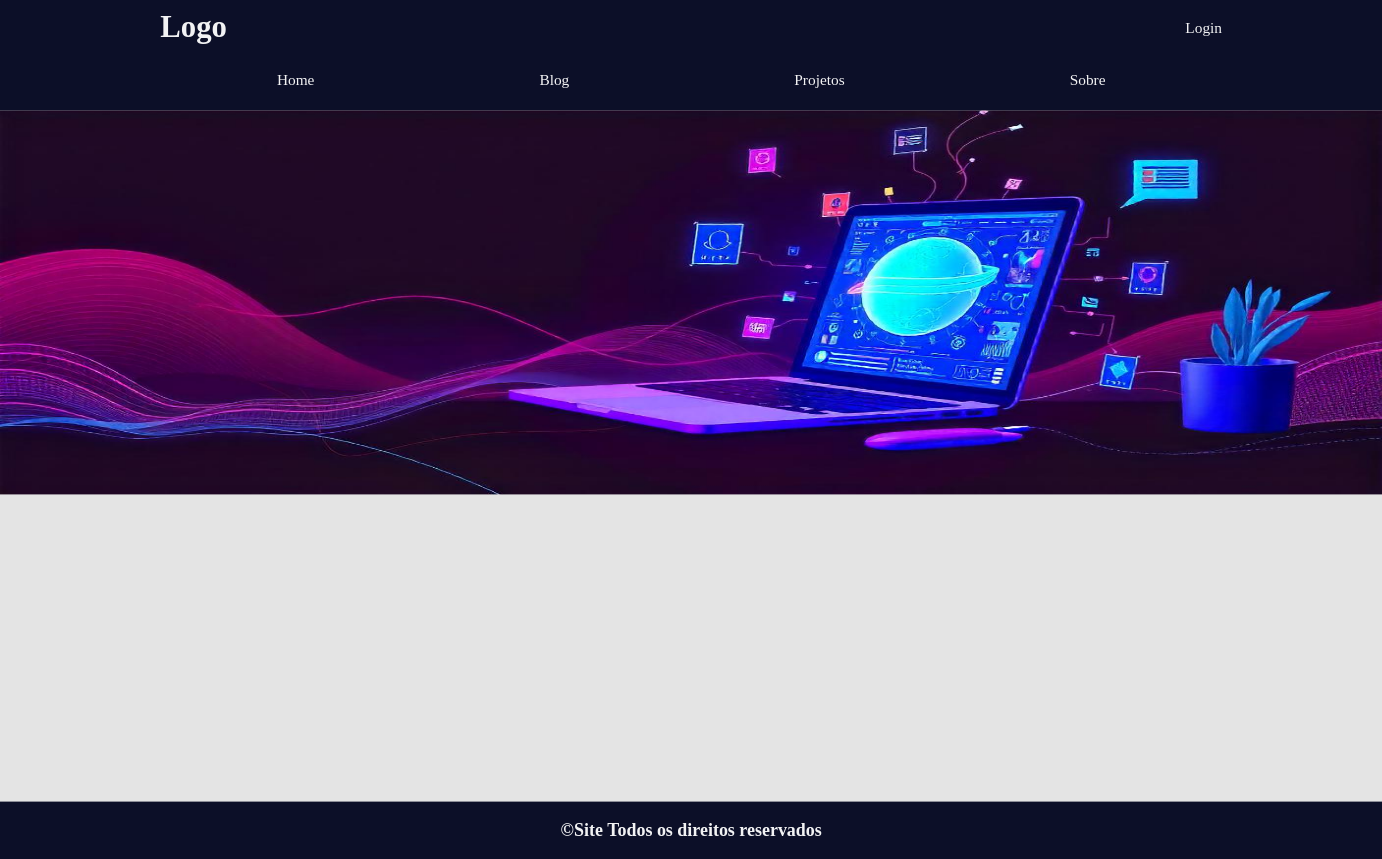
Repository: SauloMorais01/mysitefront-end
Page: index.html
These files come from the project's save history. The page is drawn as it stood at one moment and after the next save; the edit follows.
The browser window is 1440 px wide. The pictures show the whole page, at 96% of full size.

Above is the page before, as saved 2024-11-01 21:52:18.

### index.html
<!DOCTYPE html>
<html lang="pt-br">
<head>
    <meta charset="UTF-8">
    <meta name="viewport" content="width=device-width, initial-scale=1.0">
    <title>Titulo - status</title>
    <link rel="stylesheet" href="./src/css/style.css">
</head>
<body>
    <header class="primary-color hd-color-white">
        <div class="container">
            <div class="top-box flex">
                <div class="logo">
                    <a class="hd-color-white" href="/"><h1>Logo</h1></a>
                </div>
                <div class="login">
                    <a class="hd-color-white" href="/">Login</a>
                </div>
            </div>
        </div>
    </header>

    <section id="menu" class="sticky-top primary-color hd-color-white">
            <div class="container center">
                <a href="/">Home</a>
                <a href="./src/pages/blog.html">Blog</a>
                <a href="/">Projetos</a>
                <a href="/">Sobre</a>
            </div>
    </section>

    <main>
        <section class="info-top">

        </section>

    </main>

    <footer class="primary-color center">
        <h3 class="hd-color-white">&copy;<strong>Site</strong> Todos os direitos reservados</h3>
    </footer>


    <script src="./src/js/main.js"></script>
</body>
</html>

### src/css/style.css
/* Primary configs */
:root {
    /* Colors */
    /* Bases */
    --primary-color: 234, 94%, 6%,;
    --secondary-color: 184, 86%, 66%,;
    --body-color: 0, 0%, 89%,;
    --white-color: 0, 0%, 100%,;
    --black-color: 0, 0%, 0%,;
    /* End Bases */

    /* Variations colors */
    --primary-color-normal: hsla(var(--primary-color) 0.95);
    --primary-color-medium: hsla(var(--primary-color) 0.5);
    --primary-color-light: hsla(var(--primary-color) 0.250);

    --secondary-color-normal: hsla(var(--secondary-color) 0.95);
    --secondary-color-medium: hsla(var(--secondary-color) 0.5);
    --secondary-color-light: hsla(var(--secondary-color) 0.250);

    --body-color-normal: hsla(var(--body-color) 0.95);
    --body-color-medium: hsla(var(--body-color) 0.5);
    --body-color-light: hsla(var(--body-color) 0.250);

    --black-color-normal: hsla(var(--black-color) 0.95);
    --black-color-medium: hsla(var(--black-color) 0.5);
    --black-color-light: hsla(var(--black-color) 0.250);

    --white-color-normal: hsla(var(--white-color) 0.95);
    --white-color-medium: hsla(var(--white-color) 0.5);
    --white-color-light: hsla(var(--white-color) 0.250);
    /* End variations colors */
    /* End Colors */

    /* Conf Sizes */
    --container-larger-l: 80%;
    --container-larger-m: 80%;
    --container-larger-s: 80%;
    --container-tablet: 90%;
    --container-small-d: 95%;
    --grid-width: 20%;
    --grid-height: 20%;
    /* End conf Sizes */
}

/* Global */
* {
    box-sizing: border-box;
    margin: 0;
    padding: 0;
}
/* End global */

/* pagina */
body {
    background: var(--body-color-normal);
}

a {
    list-style: none;
    text-decoration: none;
}


main {
    height: 100vh;
}

footer {
    height: 60px;
}

footer h3 {
    padding-top: 1.2rem;
}

/* end pagina */

/* Utils */
.flex {
    display: flex;
}

.sticky-top {
    position: sticky;
    top: 0;
}

.center {
    text-align: center;
}

.right {
    text-align: right;
}

.left {
    text-align: left;
}

.grid-temp {
    width: var(--grid-width); height: var(--grid-height);
    display: grid;
    grid-template-columns: repeat(4, 1fr);
    grid-template-rows: repeat(4, 1fr);
}

.primary-color{
    background: var(--primary-color-normal);
}

.secondary-color{
    background: var(--secondary-color-normal);
}

.hd-color-black {
    color: var(--black-color-normal);
}

.hd-color-white {
    color: var(--white-color-normal);
}

.hidden {
    display: none;
}
/* End utils */



/* Responsividade */
@media (max-width: 575.99px) {
    .container {
        margin: 0 auto;
        width: var(--container-small-d);
    }

    header {
        height: 40px;
    }

    #menu {
        height: 40px;
        display:none;
    }

    #menu a {
        color: var(--white-color-normal);
        margin: 5px 2%;
        padding: 10px 5%;
    }

    .login {
        display: none;
    }

    #menu a:hover {
        background-color: var(--secondary-color-light);
        border-radius: 5px;
    }

    .top-box {
        position: relative;
        padding-top: 2px;
    }

    .logo {
        position: absolute;
        left: 1%;
        font-size: 0.8rem;
    }

    .login {
        position: absolute;
        margin-top: 2px;
        right: 1%;
    }

    /* Main */
    .info-top{
        /* background: #4f0c6e; */
        height: 400px;
        background-image: url(../img/freepik__generate-images-about-web-development__7459.jpeg);
        background-position: center;
        backface-visibility: inherit;
        /* background-repeat: no-repeat; */
    }
}

@media (min-width: 576px) {
    .container {
        margin: 0 auto;
        width: var(--container-small-d);
    }

    header {
        height: 40px;
    }

    #menu {
        height: 40px;
        display:none;
    }

    #menu a {
        color: var(--white-color-normal);
        margin: 5px 2%;
        padding: 10px 5%;
    }

    .login {
        display: none;
    }

    #menu a:hover {
        background-color: var(--secondary-color-light);
        border-radius: 5px;
    }

    .top-box {
        position: relative;
        padding-top: 3px;
    }

    .logo {
        position: absolute;
        left: 1%;
        font-size: 0.8rem;
    }

    .login {
        position: absolute;
        margin-top: 3px;
        right: 1%;
    }

    /* Main */
    .info-top{
        /* background: #4f0c6e; */
        height: 400px;
        background-image: url(../img/freepik__generate-images-about-web-development__7459.jpeg);
        background-position: center;
        backface-visibility: inherit;
        /* background-repeat: no-repeat; */
    }
}

/* Medium devices (tablets, 768px and up) */
@media (min-width: 768px) {
    .container {
        margin: 0 auto;
        width: var(--container-tablet);
    }

    header {
        height: 50px;
    }

    #menu {
        height: 40px;
        display:none;
    }

    #menu a {
        color: var(--white-color-normal);
        margin: 5px 3%;
        padding: 10px 5%;
    }

    #menu a:hover {
        background-color: var(--secondary-color-light);
        border-radius: 5px;
    }

    .login {
        display: block;
    }

    .top-box {
        position: relative;
        padding-top: 6px;
    }

    .logo {
        position: absolute;
        left: 2%;
        font-size: 1rem;
    }

    .login {
        position: absolute;
        margin-top: 6px;
        right: 2%;
    }

    /* Main */
    .info-top{
        /* background: #4f0c6e; */
        height: 400px;
        background-image: url(../img/freepik__generate-images-about-web-development__7459.jpeg);
        background-position: center;
        backface-visibility: inherit;
        /* background-repeat: no-repeat; */
    }
}

/* Large devices (desktops, 992px and up) */
@media (min-width: 992px) {
    .container {
        margin: 0 auto;
        width: var(--container-larger-s);
    }

    header {
        height: 60px;
    }

    #menu {
        height: 40px;
        display: block;
    }

    #menu a {
        color: var(--white-color-normal);
        margin: 5px 4%;
        padding: 10px 5%;
    }

    #menu a:hover {
        background-color: var(--secondary-color-light);
        border-radius: 5px;
    }

    .top-box {
        position: relative;
        padding-top: 8px;
    }

    .logo {
        position: absolute;
        left: 2%;
    }

    .login {
        position: absolute;
        margin-top: 8px;
        right: 2%;
    }

    /* Main */
    .info-top{
        /* background: #4f0c6e; */
        height: 400px;
        background-image: url(../img/freepik__generate-images-about-web-development__7459.jpeg);
        background-position: center;
        backface-visibility: inherit;
        /* background-repeat: no-repeat; */
    }
}

/* X-Large devices (large desktops, 1200px and up) */
@media (min-width: 1200px) {
    .container {
        margin: 0 auto;
        width: var(--container-larger-m);
    }

    header {
        height: 70px;
    }

    #menu {
        height: 40px;
        display: block;
    }

    #menu a {
        color: var(--white-color-normal);
        margin: 5px 4.5%;
        padding: 10px 5%;
    }

    #menu a:hover {
        background-color: var(--secondary-color-light);
        border-radius: 5px;
    }

    .top-box {
        position: relative;
        padding-top: 8px;
    }

    .logo {
        position: absolute;
        left: 2%;
    }

    .login {
        position: absolute;
        margin-top: 8px;
        right: 2%;
    }

    /* Main */
    .info-top{
        /* background: #4f0c6e; */
        height: 400px;
        background-image: url(../img/freepik__generate-images-about-web-development__7459.jpeg);
        background-position: center;
        backface-visibility: inherit;
        /* background-repeat: no-repeat; */
    }
}

/* XX-Large devices (larger desktops, 1400px and up) */
@media (min-width: 1400px) {
    .container {
        margin: 0 auto;
        width: var(--container-larger-l);
    }

    header {
        height: 75px;
    }

    #menu {
        height: 40px;
        display: block;
    }

    #menu a {
        color: var(--white-color-normal);
        margin: 5px 5%;
        padding: 10px 5%;
    }

    #menu a:hover {
        background-color: var(--secondary-color-light);
        border-radius: 5px;
    }

    .top-box {
        position: relative;
        padding-top: 10px;
    }

    .logo {
        position: absolute;
        left: 2%;
    }

    .login {
        position: absolute;
        margin-top: 10px;
        right: 2%;
    }

    /* Main */
    .info-top{
        /* background: #4f0c6e; */
        height: 400px;
        /* background-image: linear-gradient(to left,pink,orange) url(../img/freepik__generate-images-about-web-development__7459.jpeg); */
        background-position: center;
        background-size: 100% 400px;
        backface-visibility: inherit;
        /* background-repeat: no-repeat; */
    }
}
/* End responsividade */

Loaded but not shown: src/js/main.js (no copy from this time; the picture is the same without it)

After the next save:
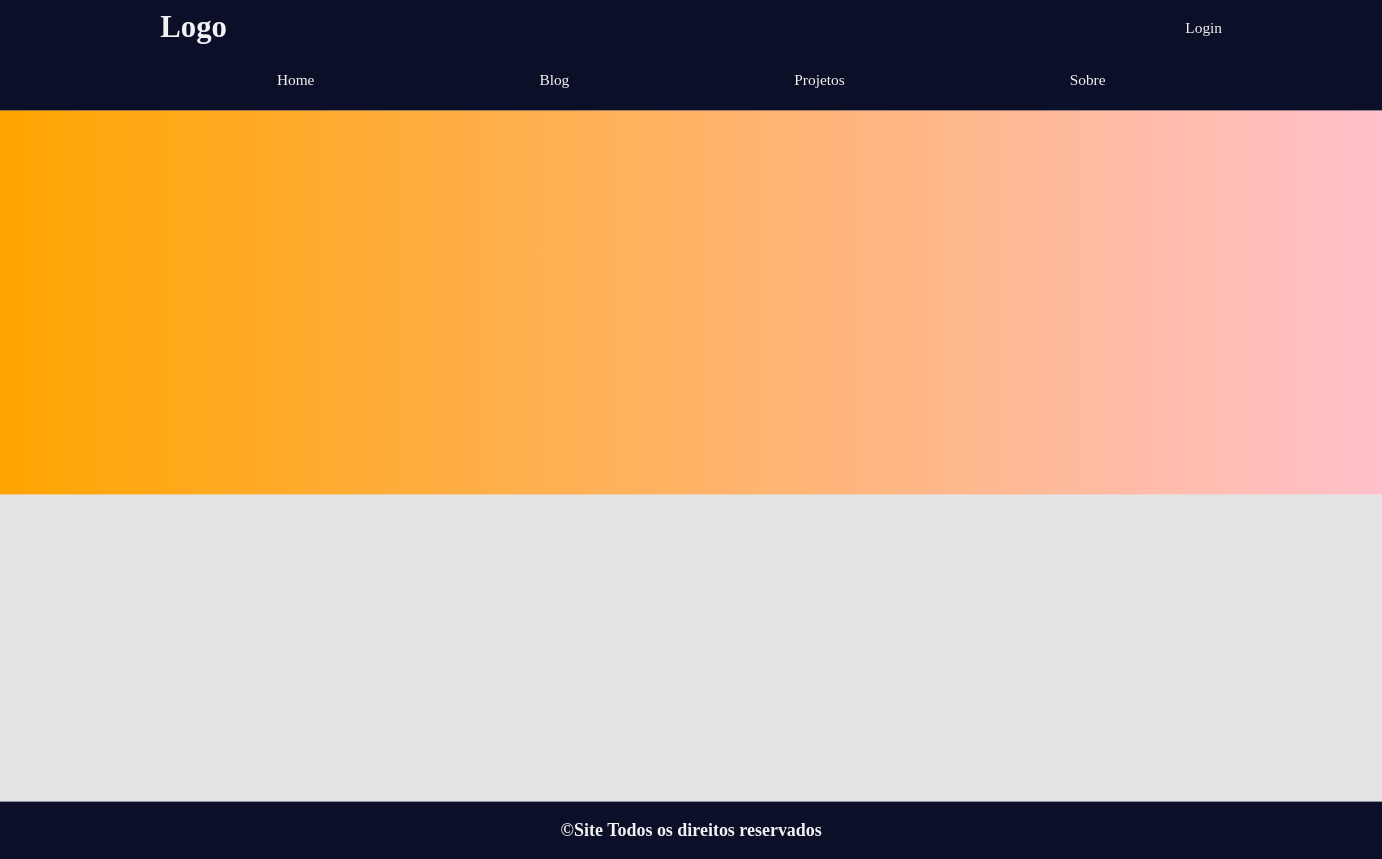
Saved 18 s later.
--- a/src/css/style.css
+++ b/src/css/style.css
@@ -459,7 +459,7 @@
     .info-top{
         /* background: #4f0c6e; */
         height: 400px;
-        /* background-image: linear-gradient(to left,pink,orange) url(../img/freepik__generate-images-about-web-development__7459.jpeg); */
+        background-image: linear-gradient(to left,pink,orange);
         background-position: center;
         background-size: 100% 400px;
         backface-visibility: inherit;

After the save that followed:
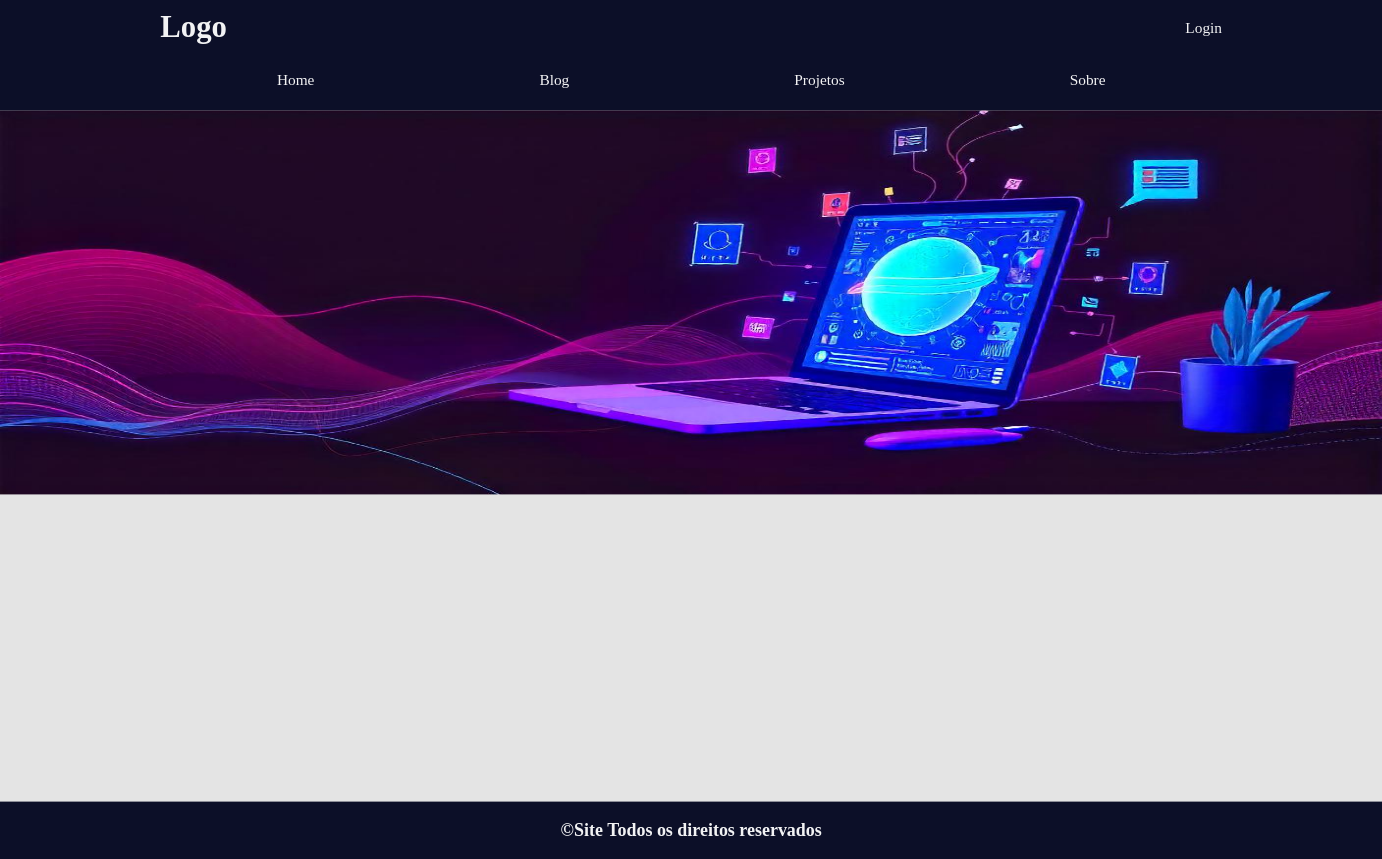
Saved 27 s later.
--- a/src/css/style.css
+++ b/src/css/style.css
@@ -459,7 +459,7 @@
     .info-top{
         /* background: #4f0c6e; */
         height: 400px;
-        background-image: linear-gradient(to left,pink,orange);
+        background-image: url(../img/freepik__generate-images-about-web-development__7459.jpeg) linear-gradient(to left,pink,orange) ;
         background-position: center;
         background-size: 100% 400px;
         backface-visibility: inherit;
